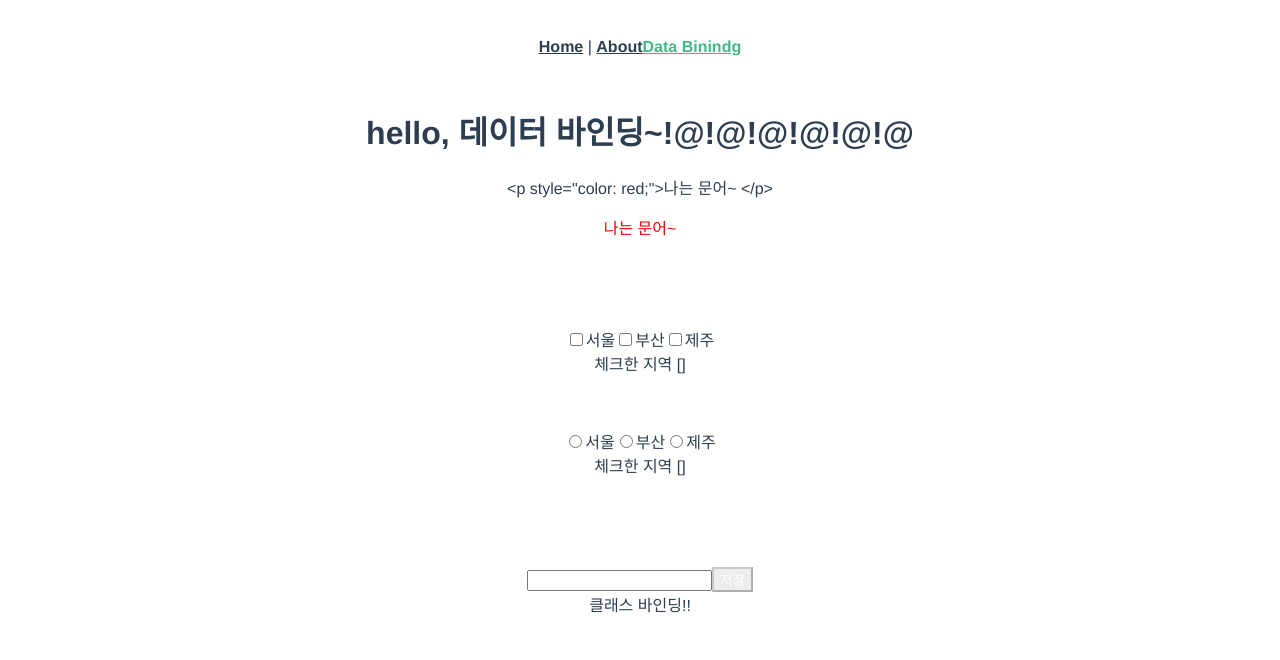
Repository: jang0ha/vue
Page: /databinding
These files come from the project's save history. The page is drawn as it stood at one moment and after the next save; the edit follows.
The browser window is 1280 px wide. The pictures show the whole page.
The project was rebuilt for these pictures with package versions that can differ from the ones it lists, and the page was loaded fresh each time. Also part of the build but not shown: vue.config.js, src/components/HelloWorld.vue, src/views/HomeView.vue, src/views/AboutView.vue.

Above is the page before, as saved 2022-04-06 12:31:15.

After the next save:
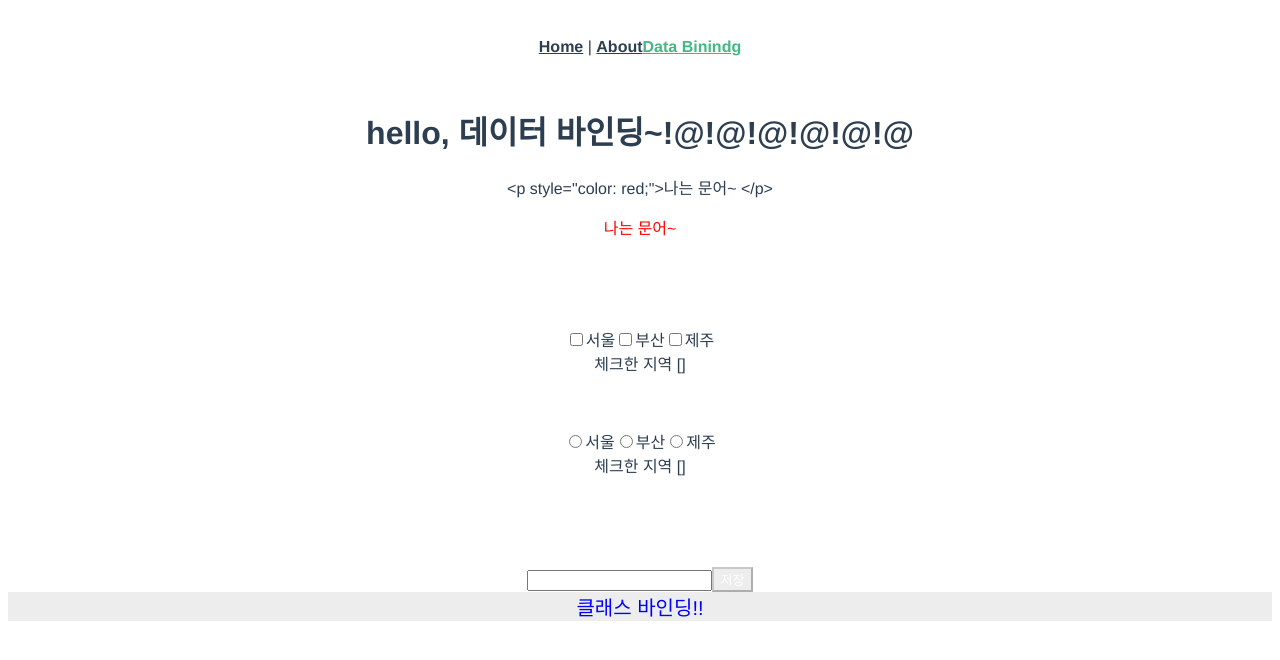
Saved 51 s later.
--- a/src/views/DataBinding.vue
+++ b/src/views/DataBinding.vue
@@ -37,7 +37,8 @@
             checked: [],
             picked:[],
             textValue :"",
-
+            isActive:"true",
+            hasError:"false"
         };
     },
 
@@ -47,4 +48,7 @@
 <style>
     button{background:#111; color:#fff; outline:0;}
     button:disabled{background:#ededed;}
+    .active{
+        background:#ededed; color:blue; font-size:20px;
+    }
 </style>
